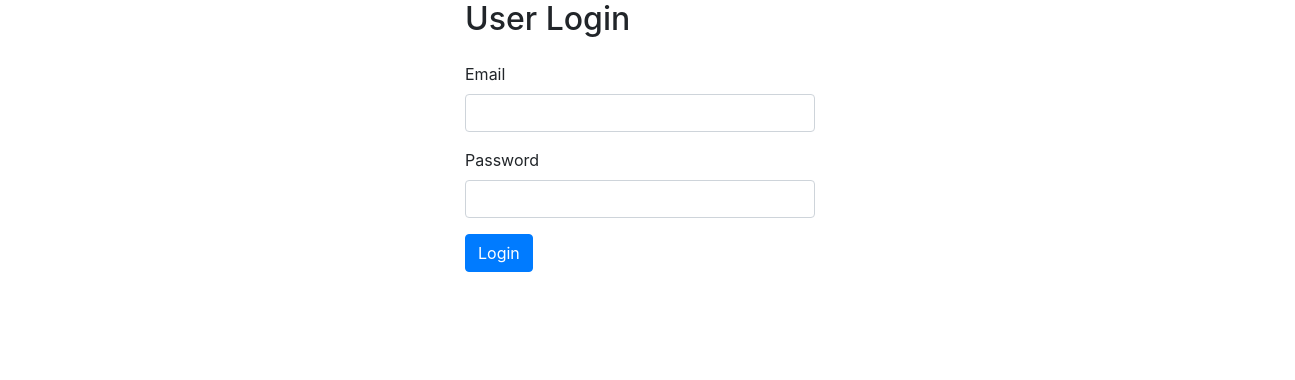
Repository: Tauqeer124/usermanagemet
Page: http://localhost/login
The author's editor kept a copy of each file at every save. The page is drawn from the files as they stood at one save, then again after the next save.
The browser window is 1280 px wide. The page is 1280 px wide, then 1295 px, so the pictures cover 1295 px, including what lies to the right of the window. The pictures show the whole page.
The page is served by the project's Laravel application, run on PHP 8.4 with Laravel 8.

Above is the page before, as saved 2023-07-24 12:17:21.

After the next save:
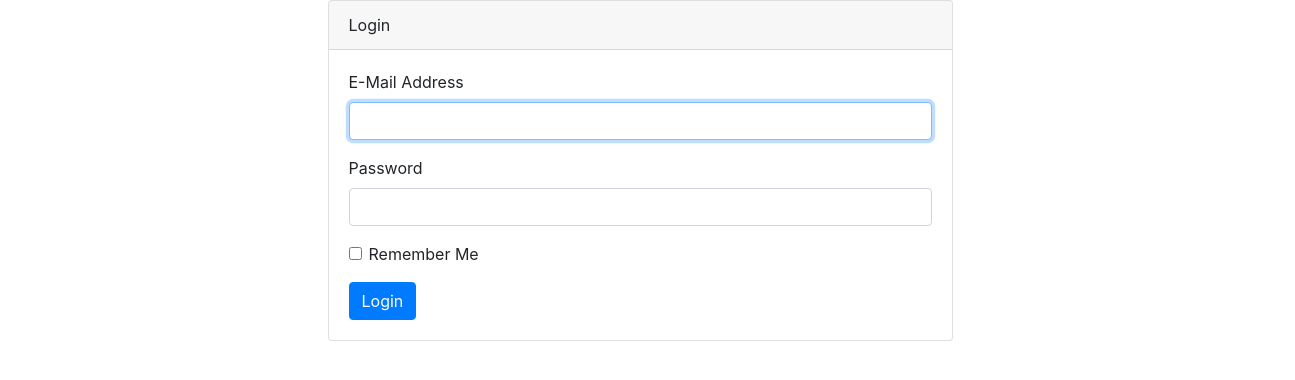
Saved 2 min 10 s later.
--- a/resources/views/auth/login.blade.php
+++ b/resources/views/auth/login.blade.php
@@ -8,30 +8,50 @@
 </head>
 <body>
 
-<div class="container">
-  <div class="row justify-content-center">
-    <div class="col-md-4 login-container">
-      <h2 class="mb-4">User Login</h2>
-      <form action="{{ route('login') }}" method="post">
-        @csrf
-        <div class="form-group">
-          <label for="username">Email</label>
-          <input type="email" class="form-control" id="email" name="email" required>
+    <div class="row justify-content-center">
+        <div class="col-md-6">
+            <div class="card">
+                <div class="card-header">{{ __('Login') }}</div>
+                <div class="card-body">
+                    <form method="POST" action="{{ route('login') }}">
+                        @csrf
+
+                        <div class="form-group">
+                            <label for="email">{{ __('E-Mail Address') }}</label>
+                            <input id="email" type="email" class="form-control @error('email') is-invalid @enderror" name="email" value="{{ old('email') }}" required autocomplete="email" autofocus>
+                            @error('email')
+                                <span class="invalid-feedback" role="alert">
+                                    <strong>{{ $message }}</strong>
+                                </span>
+                            @enderror
+                        </div>
+
+                        <div class="form-group">
+                            <label for="password">{{ __('Password') }}</label>
+                            <input id="password" type="password" class="form-control @error('password') is-invalid @enderror" name="password" required autocomplete="current-password">
+                            @error('password')
+                                <span class="invalid-feedback" role="alert">
+                                    <strong>{{ $message }}</strong>
+                                </span>
+                            @enderror
+                        </div>
+
+                        <div class="form-group form-check">
+                            <input type="checkbox" class="form-check-input" name="remember" id="remember" {{ old('remember') ? 'checked' : '' }}>
+                            <label class="form-check-label" for="remember">{{ __('Remember Me') }}</label>
+                        </div>
+
+                        <button type="submit" class="btn btn-primary">{{ __('Login') }}</button>
+
+                        @if (Route::has('password.request'))
+                            <a class="btn btn-link" href="{{ route('password.request') }}">
+                                {{ __('Forgot Your Password?') }}
+                            </a>
+                        @endif
+                    </form>
+                </div>
+            </div>
         </div>
-        <div class="form-group">
-          <label for="password">Password</label>
-          <input type="password" class="form-control" id="password" name="password" required>
-        </div>
-        <button type="submit" class="btn btn-primary">Login</button>
-      </form>
     </div>
-  </div>
-</div>
-
-<!-- Add Bootstrap JS and jQuery -->
-<script src="https://code.jquery.com/jquery-3.5.1.slim.min.js"></script>
-<script src="https://cdn.jsdelivr.net/npm/@popperjs/core@2.9.1/dist/umd/popper.min.js"></script>
-<script src="https://stackpath.bootstrapcdn.com/bootstrap/4.5.2/js/bootstrap.min.js"></script>
-
 </body>
 </html>
